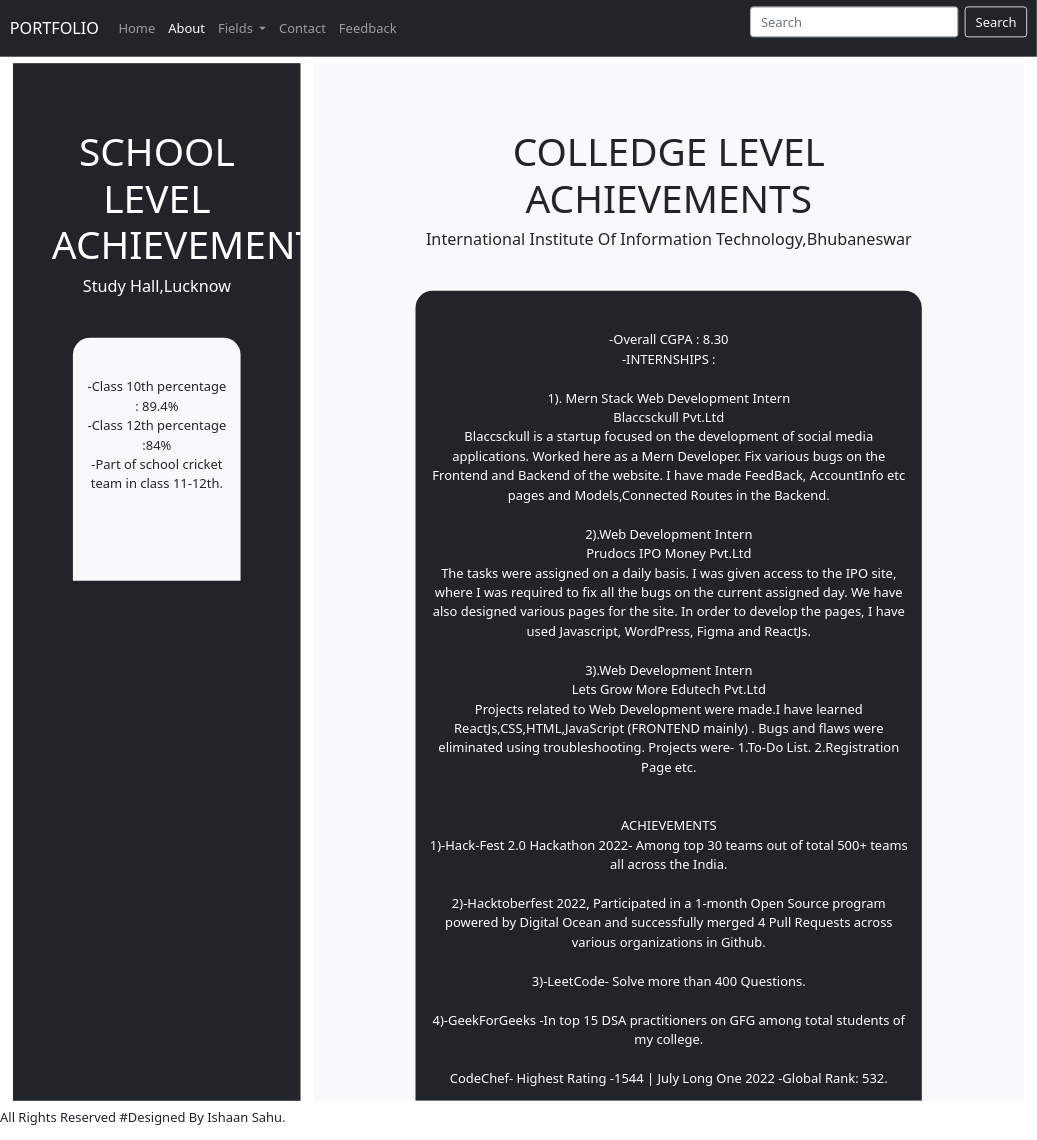
Repository: ishaan51551/Ishaan-s-Portfolio-
Page: about.html
These files come from the project's save history. The page is drawn as it stood at one moment and after the next save; the edit follows.
The browser window is 1280 px wide. The pictures show the whole page, at 81% of full size.

Above is the page before, as saved 2023-09-13 16:21:05.

### about.html
</body>

</html>

<!doctype html>
<html lang="en">

<head>
  <!-- Required meta tags -->
  <meta charset="utf-8">
  <meta name="viewport" content="width=device-width, initial-scale=1">

  <!-- Bootstrap CSS -->
  <link href="https://cdn.jsdelivr.net/npm/bootstrap@5.1.1/dist/css/bootstrap.min.css" rel="stylesheet"
    integrity="sha384-F3w7mX95PdgyTmZZMECAngseQB83DfGTowi0iMjiWaeVhAn4FJkqJByhZMI3AhiU" crossorigin="anonymous">

  <title>Ishaan Sahu Portfolio</title>
</head>

<body>


  <!-- NAVBAR -->
  <nav class="navbar navbar-expand-lg navbar-dark bg-dark">
    <div class="container-fluid">
      <a class="navbar-brand" href="#">PORTFOLIO </a>
      <button class="navbar-toggler" type="button" data-bs-toggle="collapse" data-bs-target="#navbarSupportedContent"
        aria-controls="navbarSupportedContent" aria-expanded="false" aria-label="Toggle navigation">
        <span class="navbar-toggler-icon"></span>
      </button>
      <div class="collapse navbar-collapse" id="navbarSupportedContent">
        <ul class="navbar-nav me-auto mb-2 mb-lg-0">
          <li class="nav-item">
            <a class="nav-link " aria-current="page" href="index.html">Home</a>
          </li>
          <li class="nav-item">
            <a class="nav-link active" href="/about.html">About</a>
          </li>
          <li class="nav-item dropdown">
            <a class="nav-link dropdown-toggle" href="#" id="navbarDropdown" role="button" data-bs-toggle="dropdown"
              aria-expanded="false">
              Fields
            </a>
            <ul class="dropdown-menu" aria-labelledby="navbarDropdown">
              <li><a class="dropdown-item" href="programming.html">Programming</a></li>
              <li><a class="dropdown-item" href="webdev.html">Web Devlopment</a></li>
              <li>
                <hr class="dropdown-divider">
              </li>
              <li><a class="dropdown-item" href="extracurricular.html">Extra Curricular</a></li>
            </ul>
          </li>
          <li class="nav-item">
            <a class="nav-link " aria-current="page" href="contact.html">Contact</a>
          </li>

          <li class="nav-item">
            <a class="nav-link" href="feedback.html">Feedback</a>

          </li>

        </ul>
        <form class="d-flex">
          <input class="form-control me-2" type="search" placeholder="Search" aria-label="Search">
          <button class="btn btn-outline-light" type="submit">Search</button>

        </form>
      </div>
    </div>
  </nav>

  <!-- Optional JavaScript; choose one of the two! -->

  <!-- Option 1: Bootstrap Bundle with Popper -->
  <script src="https://cdn.jsdelivr.net/npm/bootstrap@5.1.1/dist/js/bootstrap.bundle.min.js"
    integrity="sha384-/bQdsTh/da6pkI1MST/rWKFNjaCP5gBSY4sEBT38Q/9RBh9AH40zEOg7Hlq2THRZ"
    crossorigin="anonymous"></script>



  <!-- boxes -->
  <div class="d-md-flex flex-md-equal w-100my-md-3 ps-md-3 my-2 justify-content-center align item center">
    <div class="bg-dark me-md-3 pt-3 px-3 pt-md-5 px-md-5 text-center text-white overflow-hidden">
      <div class="my-3 py-3 ">
        <h2 class="display-5">SCHOOL LEVEL ACHIEVEMENTS</h2>
        <p class="lead">Study Hall,Lucknow</p>
      </div>
      <div class="bg-light shadow-sm mx-auto" style="width: 80%; height: 300px; border-radius: 21px 21px 0 0;">
        <p class="dance text-dark overfow-hidden text-center px-3 py-5">-Class 10th percentage : 89.4%</br>
          -Class 12th percentage :84%</br>
          -Part of school cricket team in class 11-12th.<br>
        </p>

      </div>
    </div>
    <div class="bg-light me-md-3 pt-3 px-3 pt-md-5 px-md-5 text-center overflow-hidden">
      <div class="my-3 p-3">
        <h2 class="display-5">COLLEDGE LEVEL ACHIEVEMENTS</h2>
        <p class="lead">International Institute Of Information Technology,Bhubaneswar</p>
      </div>
      <div class="bg-dark shadow-sm mx-auto" style="width: 80%; height: 1000px; border-radius: 21px 21px 0 0;">
        <p class="swing text-white text-center px-3 py-5">
          -Overall CGPA : 8.30</br>
          -INTERNSHIPS :</br>
          <br>
          1). Mern Stack Web Development Intern<br>
          Blaccsckull Pvt.Ltd<br>
          Blaccsckull is a startup focused on the development of social media applications. Worked here as a Mern
          Developer.
          Fix various bugs on the Frontend and Backend of the website.
          I have made FeedBack, AccountInfo etc pages and Models,Connected Routes in the Backend.
          <br>
          <br>
          2).Web Development Intern<br>
          Prudocs IPO Money Pvt.Ltd<br>
          The tasks were assigned on a daily basis.
          I was given access to the IPO site, where I was required to fix all the bugs on the current assigned day. We
          have also designed various pages for the site.
          In order to develop the pages, I have used Javascript, WordPress, Figma and ReactJs.
          <br>
          <br>
          3).Web Development Intern<br>
          Lets Grow More Edutech Pvt.Ltd<br>
          Projects related to Web Development were made.I have learned ReactJs,CSS,HTML,JavaScript (FRONTEND mainly) .
          Bugs and flaws were eliminated using troubleshooting.
          Projects were-
          1.To-Do List.
          2.Registration Page etc.
          <br><br><br>
          ACHIEVEMENTS<br>
          1)-Hack-Fest 2.0 Hackathon 2022- Among top 30 teams out of total 500+ teams all across the India.<br><br>
          2)-Hacktoberfest 2022, Participated in a 1-month Open Source program powered by Digital Ocean and successfully merged 4 Pull Requests across various organizations in Github.<br><br>
          3)-LeetCode- Solve more than 400 Questions.<br><br>
          4)-GeekForGeeks -In top 15 DSA practitioners on GFG among total students of my college. <br><br>
          CodeChef- Highest Rating -1544 | July Long One 2022 -Global Rank:   532.<br><br>

        </p>
        </p>
      </div>
    </div>
  </div>

  <!-- FOOTER  -->
  <footer class="blog-footer">
    <p>All Rights Reserved #Designed By Ishaan Sahu.</p>
    <p>

    </p>
  </footer>
</body>

</html>

After the next save:
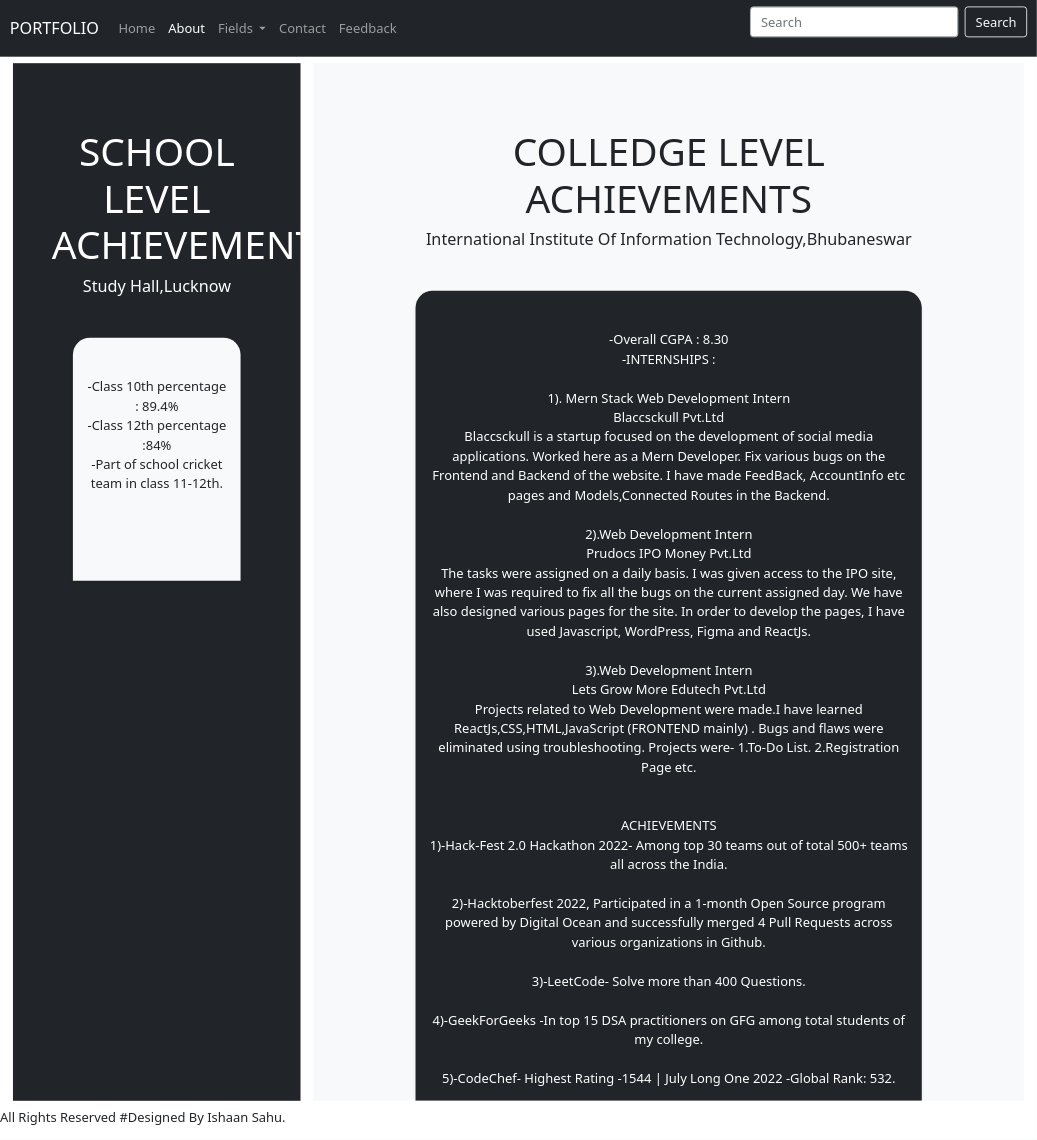
Saved 5 s later.
--- a/about.html
+++ b/about.html
@@ -132,7 +132,7 @@
           2)-Hacktoberfest 2022, Participated in a 1-month Open Source program powered by Digital Ocean and successfully merged 4 Pull Requests across various organizations in Github.<br><br>
           3)-LeetCode- Solve more than 400 Questions.<br><br>
           4)-GeekForGeeks -In top 15 DSA practitioners on GFG among total students of my college. <br><br>
-          CodeChef- Highest Rating -1544 | July Long One 2022 -Global Rank:   532.<br><br>
+          5)-CodeChef- Highest Rating -1544 | July Long One 2022 -Global Rank:   532.<br><br>
 
         </p>
         </p>
